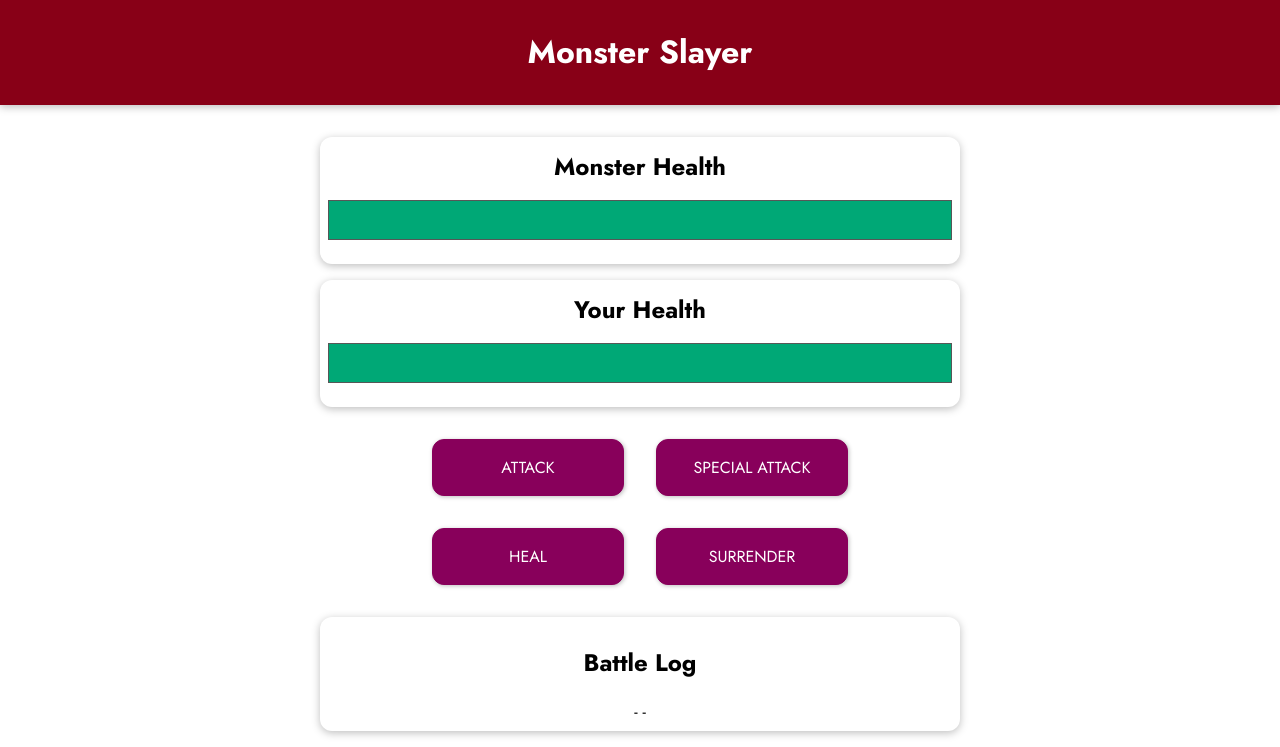
Repository: Schwarzbaer2/monster-slayer
Page: index.html
An editor plug-in stored every save of this project. The page is shown before and after the next save, followed by the edit.
The browser window is 1280 px wide. The pictures show the whole page.

Above is the page before, as saved 2021-02-26 11:46:11.

### index.html
<!DOCTYPE html>
<html lang="en">
  <head>
    <meta charset="UTF-8" />
    <meta name="viewport" content="width=device-width, initial-scale=1.0" />
    <title>Vue Basics</title>
    <link
      href="https://fonts.googleapis.com/css2?family=Jost:wght@400;700&display=swap"
      rel="stylesheet"
    />
    <link rel="stylesheet" href="styles.css" />
    <script src="https://unpkg.com/vue@next" defer></script>
    <script src="app.js" defer></script>
  </head>
  <body>
    <header>
      <h1>Monster Slayer</h1>
    </header>
    <div id="game">
      <section id="monster" class="container">
        <h2>Monster Health</h2>
        <div class="healthbar">
          <div
            class="healthbar__value"
            :style="monsterBarStyles"
          ></div>
        </div>
      </section>
      <section id="player" class="container">
        <h2>Your Health</h2>
        <div class="healthbar">
          <div class="healthbar__value"
          :style="playerBarStyles"
        ></div>
      </section>
      <section class="container" v-if="winner">
        <h2>Game Over!</h2>
        <h3 v-if="winner === 'monster'">You lost!</h3>
        <h3 v-else-if="winner === 'player'">You won!</h3>
        <h3 v-else>It's a draw!</h3>
        <button @click="startGame">Start New Game</button>
      </section>
      <section id="controls" v-else>
        <button @click="attackMonster">ATTACK</button>
        <button :disabled="mayUseSpecialAttack" @click="specialAttackMonster">SPECIAL ATTACK</button>
        <button @click="healPlayer">HEAL</button>
        <button @click="surrender">SURRENDER</button>
      </section>
      <section id="log" class="container">
        <h2>Battle Log</h2>
        <ul>
          <li v-for="logMessage in logMessages"></li>
          {{ logMessages.actionBy }} - {{ logMessages.actionBy }} - {{ logMessages.actionBy }}
        </ul>
      </section>
    </div>
  </body>
</html>

### styles.css
* {
  box-sizing: border-box;
}

html {
  font-family: 'Jost', sans-serif;
}

body {
  margin: 0;
}

header {
  box-shadow: 0 2px 8px rgba(0, 0, 0, 0.26);
  padding: 0.5rem;
  background-color: #880017;
  color: white;
  text-align: center;
  margin-bottom: 2rem;
}

section {
  width: 90%;
  max-width: 40rem;
  margin: auto;
}

.healthbar {
  width: 100%;
  height: 40px;
  border: 1px solid #575757;
  margin: 1rem 0;
  background: #fde5e5;
}

.healthbar__value {
  background-color: #00a876;
  width: 100%;
  height: 100%;
}

.container {
  text-align: center;
  padding: 0.5rem;
  margin: 1rem auto;
  box-shadow: 0 2px 8px rgba(0, 0, 0, 0.26);
  border-radius: 12px;
}

#monster h2,
#player h2 {
  margin: 0.25rem;
}

#controls {
  display: flex;
  flex-direction: row;
  flex-wrap: wrap;
  align-items: center;
  justify-content: center;
}

button {
  font: inherit;
  border: 1px solid #88005b;
  background-color: #88005b;
  color: white;
  padding: 1rem 2rem;
  border-radius: 12px;
  margin: 1rem;
  width: 12rem;
  cursor: pointer;
  box-shadow: 1px 1px 4px rgba(0, 0, 0, 0.26);
}

button:focus {
  outline: none;
}

button:hover,
button:active {
  background-color: #af0a78;
  border-color: #af0a78;
  box-shadow: 1px 1px 8px rgba(0, 0, 0, 0.26);
}

button:disabled {
  background-color: #ccc;
  border-color: #ccc;
  box-shadow: none;
  color: #3f3f3f;
  cursor: not-allowed;
}

#log ul {
  list-style: none;
  margin: 0;
  padding: 0;
}

#log li {
  margin: 0.5rem 0;
}

.log--player {
  color: #7700ff;
}

.log--monster {
  color: #da8d00;
}

.log--damage {
  color: red;
}

.log--heal {
  color: green;
}

### app.js
function getRandomValue(min, max) {
  return Math.floor(Math.random() * (max - min)) + min
}

const app = Vue.createApp({
  data() {
    return {
      playerHealth: 100,
      monsterHealth: 100,
      currentRound: 0,
      winner: null,
      logMessages: [],
    }
  },
  computed: {
    monsterBarStyles() {
      if (this.monsterHealth < 0) {
        return { width: '0%' }
      }
      return { width: this.monsterHealth + '%' }
    },
    playerBarStyles() {
      if (this.playerHealth < 0) {
        return { width: '0%' }
      }
      return { width: this.playerHealth + '%' }
    },
    mayUseSpecialAttack() {
      return this.currentRound % 3 !== 0
    },
  },
  watch: {
    playerHealth(value) {
      if (value <= 0 && this.monsterHealth <= 0) {
        // a draw
        this.winner = 'draw'
      } else if (value <= 0) {
        // player lost
        this.winner = 'monster'
      }
    },
    monsterHealth(value) {
      if (value <= 0 && this.playerHealth <= 0) {
        // a draw
        this.winner = 'draw'
      } else if (value <= 0) {
        // monster lost
        this.winner = 'player'
      }
    },
  },
  methods: {
    startGame() {
      this.playerHealth = 100
      this.monsterHealth = 100
      this.winner = null
      this.currentRound = 0
      this.logMessages = []
    },
    attackMonster() {
      this.currentRound++
      const attackValue = getRandomValue(5, 12)
      this.monsterHealth -= attackValue
      this.addLogMessage('player', 'attack', attackValue)
      this.attackPlayer()
    },
    attackPlayer() {
      const attackValue = getRandomValue(8, 15)
      this.playerHealth -= attackValue
      this.addLogMessage('monster', 'attack', attackValue)
    },
    specialAttackMonster() {
      this.currentRound++
      const attackValue = getRandomValue(10, 25)
      this.monsterHealth -= attackValue
      this.addLogMessage('player', 'attack', attackValue)
      this.attackPlayer()
    },
    healPlayer() {
      this.currentRound++
      const healValue = getRandomValue(8, 20)
      if (this.playerHealth + healValue > 100) {
        this.playerHealth = 100
      } else {
        this.playerHealth += healValue
      }
      this.addLogMessage('player', 'heal', healValue)
      this.attackPlayer()
    },
    surrender() {
      this.winner = 'monster'
    },
    addLogMessage(who, what, value) {
      this.logMessages.unshift({
        actionBy: who,
        actionType: what,
        actionValue: value,
      })
    },
  },
})

app.mount('#game')

After the next save:
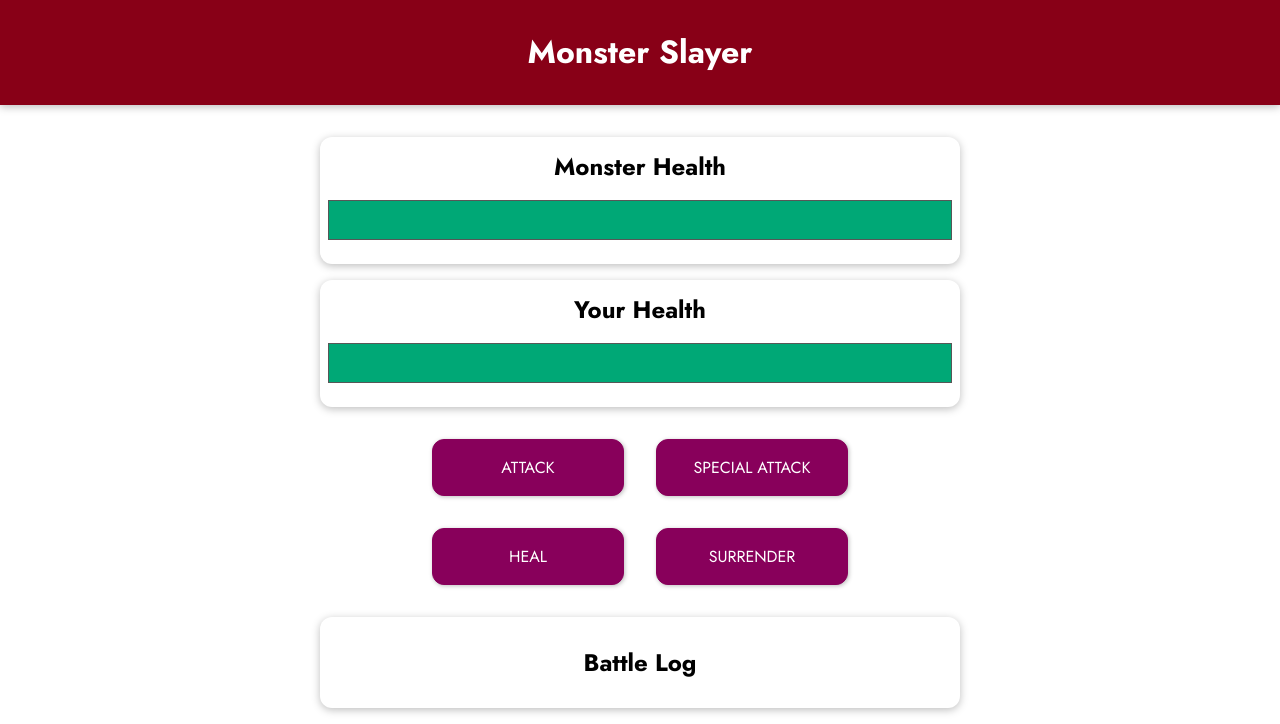
Saved 39 s later.
--- a/index.html
+++ b/index.html
@@ -49,8 +49,12 @@
       <section id="log" class="container">
         <h2>Battle Log</h2>
         <ul>
-          <li v-for="logMessage in logMessages"></li>
-          {{ logMessages.actionBy }} - {{ logMessages.actionBy }} - {{ logMessages.actionBy }}
+          <li v-for="logMessage in logMessages">
+    {{ logMessages.actionBy }} - {{ logMessages.actionBy }} - {{ logMessages.actionBy }}
+
+
+          </li>
+
         </ul>
       </section>
     </div>
